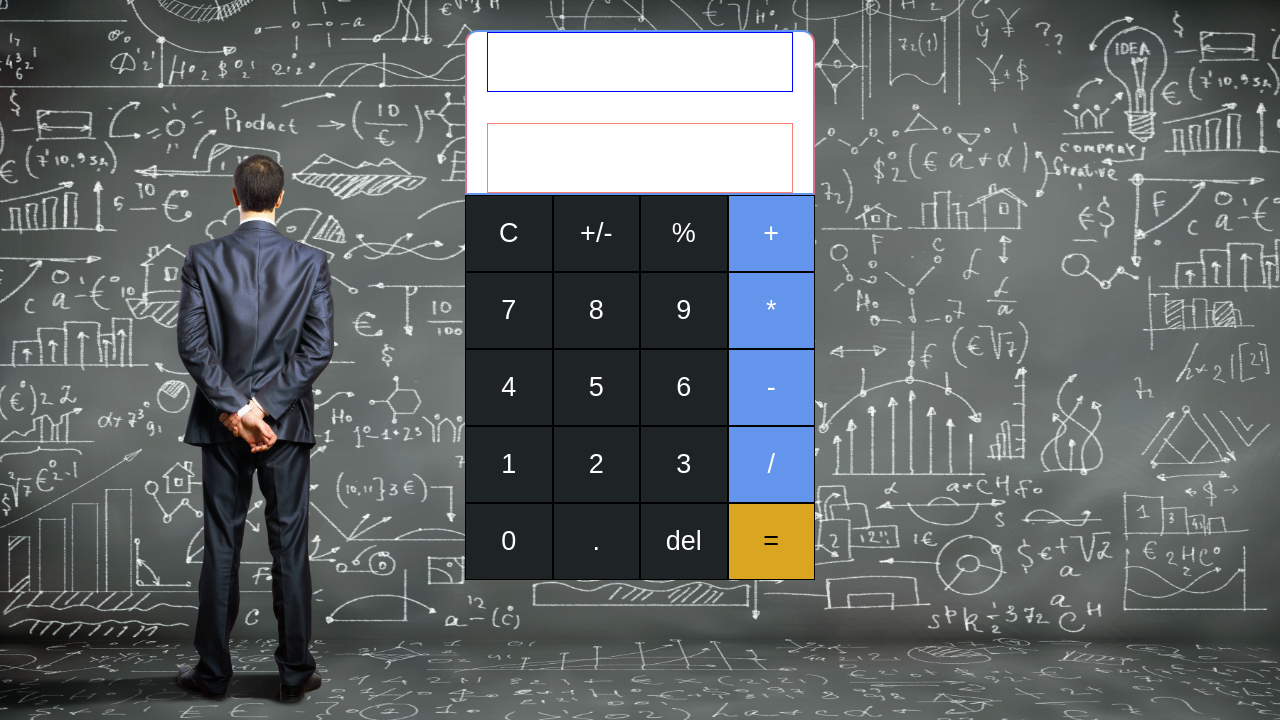
Repository: OfirLana/Calculator
Page: index.html
The author's editor kept a copy of each file at every save. The page is drawn from the files as they stood at one save, then again after a run of saves.
The browser window is 1280 px wide. The pictures show the whole page.

Above is the page before, as saved 2019-03-18 13:39:56.

After the next 2 saves:
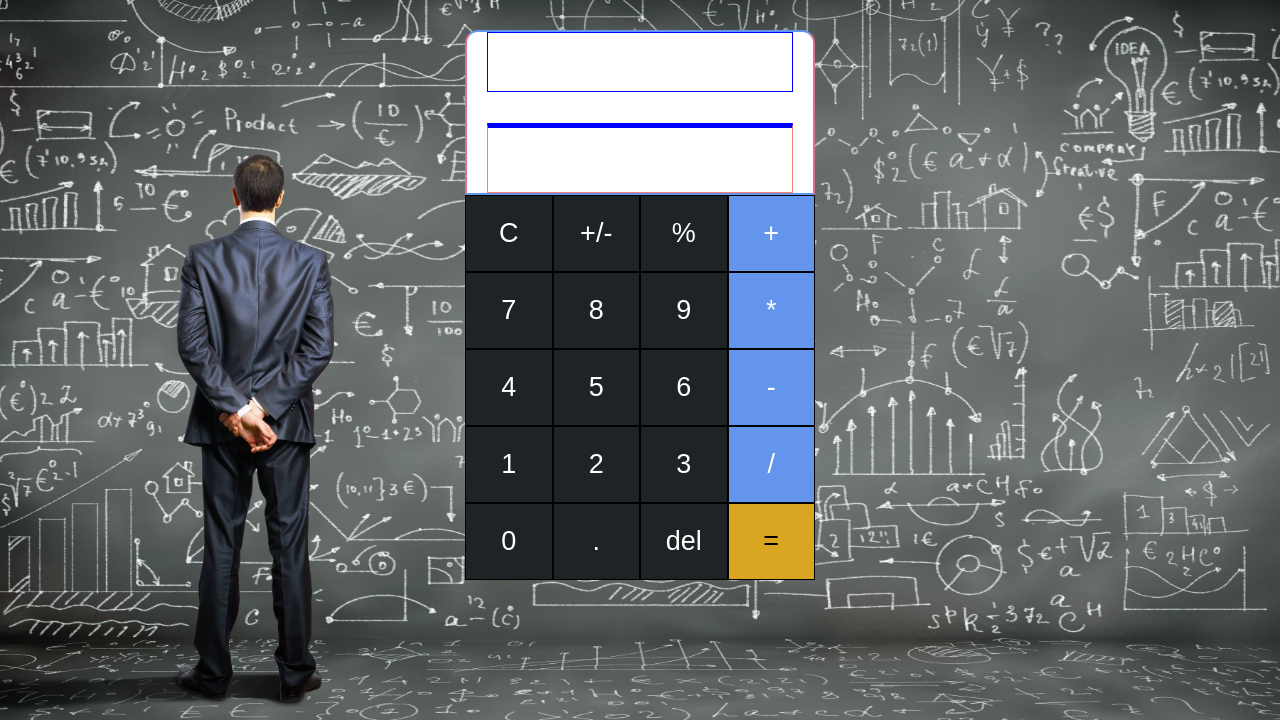
The 2 saves are shown as one change because they came seconds apart.
The last was saved 13 s later.
--- a/style.css
+++ b/style.css
@@ -76,6 +76,7 @@ body {
     justify-content: center;
     align-items: center;
     overflow: hidden;
+    border-top:5px solid blue;
     /* background:tomato; */
 }
 
